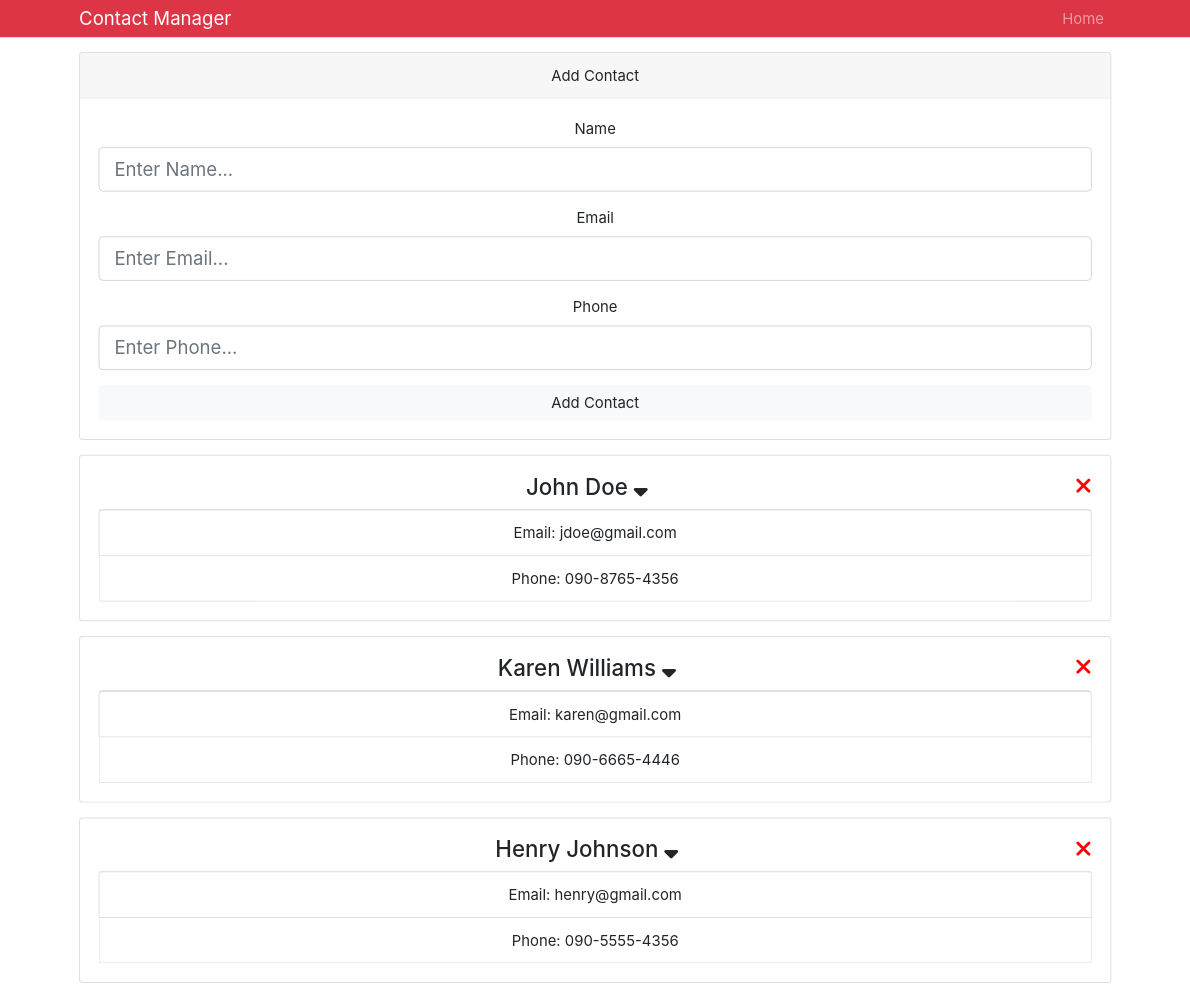
Repository: IkennaU/contactmanager
Page: /about
An editor plug-in stored every save of this project. The page is shown before and after the next save, followed by the edit.
The browser window is 1280 px wide. The pictures show the whole page, at 93% of full size.
Some web libraries are served in a nearby version. The project was rebuilt for these pictures with package versions that can differ from the ones it lists, and the page was loaded fresh each time.

Above is the page before, as saved 2020-07-22 12:27:42.

### public/index.html
<!DOCTYPE html>
<html lang="en">
  <head>
    <meta charset="utf-8" />
    <link rel="icon" href="%PUBLIC_URL%/favicon.ico" />
    <meta name="viewport" content="width=device-width, initial-scale=1" />
    <meta name="theme-color" content="#000000" />
    <meta
      name="description"
      content="Web site created using create-react-app"
    />
    <link rel="apple-touch-icon" href="%PUBLIC_URL%/logo192.png" />
    <!--
      manifest.json provides metadata used when your web app is installed on a
      user's mobile device or desktop. See https://developers.google.com/web/fundamentals/web-app-manifest/
    -->
    <link rel="manifest" href="%PUBLIC_URL%/manifest.json" />
    <!--
      Notice the use of %PUBLIC_URL% in the tags above.
      It will be replaced with the URL of the `public` folder during the build.
      Only files inside the `public` folder can be referenced from the HTML.

      Unlike "/favicon.ico" or "favicon.ico", "%PUBLIC_URL%/favicon.ico" will
      work correctly both with client-side routing and a non-root public URL.
      Learn how to configure a non-root public URL by running `npm run build`.
    -->
    <title>Contact Manager</title>
  </head>
  <body>
    <noscript>You need to enable JavaScript to run this app.</noscript>
    <div id="root"></div>
    <!--
      This HTML file is a template.
      If you open it directly in the browser, you will see an empty page.

      You can add webfonts, meta tags, or analytics to this file.
      The build step will place the bundled scripts into the <body> tag.

      To begin the development, run `npm start` or `yarn start`.
      To create a production bundle, use `npm run build` or `yarn build`.
    -->
  </body>
  <script src="https://kit.fontawesome.com/98795c63b9.js"></script>
</html>

### src/App.js
import React from "react";
import Contacts from "./components/contacts/Contacts";
import Header from "./components/layout/Header";
import AddContact from "./components/contacts/AddContact";
import "bootstrap/dist/css/bootstrap.min.css";
import { Provider } from "./context";

import "./App.css";

function App() {
  return (
    <Provider>
      <div className="App">
        <Header branding="Contact Manager" />
        <div className="container">
          <AddContact />
          <Contacts />
        </div>
      </div>
    </Provider>
  );
}

export default App;

### src/components/contacts/Contacts.js
import React, { Component } from "react";
import PropTypes from "prop-types";
import Contact from "../contacts/Contact";
import { Consumer } from "../../context";

class Contacts extends Component {
  static propTypes = {};

  render() {
    return (
      <Consumer>
        {(value) => {
          return (
            <div>
              {value.contacts.map((contact) => (
                <Contact key={contact.id} contact={contact} />
              ))}{" "}
            </div>
          );
        }}
      </Consumer>
    );
  }
}

export default Contacts;

### src/components/layout/Header.js
import React from "react";
import PropTypes from "prop-types";

function Header(props) {
  return (
    <nav className="navbar navbar-expand-sm navbar-dark bg-danger mb-3 py-0">
      <div className="container">
        <a href="/" className="navbar-brand">
          {props.branding}
        </a>
        <div>
          <ul className="navbar-nav mr-auto">
            <li className="nav-item">
              <a href="/" className="nav-link">
                Home
              </a>
            </li>
          </ul>
        </div>
      </div>
    </nav>
  );
}
Header.propTypes = { branding: PropTypes.string.isRequired };

export default Header;

### src/components/contacts/AddContact.js
import React, { Component } from "react";
import PropTypes from "prop-types";
import { Consumer } from "../../context";
import TextInputGroup from "../layout/TextInputGroup";
import { v4 as uuidv4 } from "uuid";

class AddContact extends Component {
  static propTypes = {};

  state = { name: "", email: "", phone: "" };
  onChange = (e) => this.setState({ [e.target.name]: e.target.value });
  onSubmit = (dispatch, e) => {
    e.preventDefault();

    const newContact = {
      id: uuidv4(),
      name: this.state.name,
      email: this.state.email,
      phone: this.state.phone,
    };
    dispatch({ type: "ADD_CONTACT", payload: newContact });
    this.setState({ name: "", email: "", phone: "" });
  };

  render() {
    return (
      <Consumer>
        {(value) => {
          return (
            <div className="card mb-3">
              <div className="card-header">Add Contact</div>
              <div className="card-body">
                <form onSubmit={this.onSubmit.bind(this, value.dispatch)}>
                  <div className="form-group">
                    <label htmlFor="name">Name</label>
                    <input
                      type="text"
                      name="name"
                      className="form-control form-control-lg"
                      placeholder="Enter Name..."
                      value={this.state.name}
                      onChange={this.onChange}
                    />
                  </div>
                  <div className="form-group">
                    <label htmlFor="email">Email</label>
                    <input
                      type="email"
                      name="email"
                      className="form-control form-control-lg"
                      placeholder="Enter Email..."
                      value={this.state.email}
                      onChange={this.onChange}
                    />
                  </div>
                  <div className="form-group">
                    <label htmlFor="phone">Phone</label>
                    <input
                      type="text"
                      name="phone"
                      className="form-control form-control-lg"
                      placeholder="Enter Phone..."
                      value={this.state.phone}
                      onChange={this.onChange}
                    />
                  </div>
                  <input
                    type="submit"
                    value="Add Contact"
                    className="btn btn-light btn-block"
                  />
                </form>
              </div>
            </div>
          );
        }}
      </Consumer>
    );
  }
}

export default AddContact;

### src/context.js
import React, { Component } from "react";

const Context = React.createContext();
const reducer = (state, action) => {
  switch (action.type) {
    case "DELETE_CONTACT":
      return {
        ...state,
        contacts: state.contacts.filter(
          (contact) => contact.id !== action.payload
        ),
      };
    case "ADD_CONTACT":
      return {
        ...state,
        contacts: [action.payload, ...state.contacts],
      };
    default:
      return state;
  }
};

export class Provider extends Component {
  state = {
    contacts: [
      {
        id: 1,
        name: "John Doe",
        email: "jdoe@gmail.com",
        phone: "090-8765-4356",
      },
      {
        id: 2,
        name: "Karen Williams",
        email: "karen@gmail.com",
        phone: "090-6665-4446",
      },
      {
        id: 3,
        name: "Henry Johnson",
        email: "henry@gmail.com",
        phone: "090-5555-4356",
      },
    ],
    dispatch: (action) => {
      this.setState((state) => reducer(state, action));
    },
  };
  render() {
    return (
      <Context.Provider value={this.state}>
        {this.props.children}
      </Context.Provider>
    );
  }
}
export const Consumer = Context.Consumer;

### src/components/contacts/Contact.js
import React, { Component } from "react";
import PropTypes from "prop-types";
import { Consumer } from "../../context";

class Contact extends Component {
  static propTypes = {
    contact: PropTypes.object.isRequired,
  };
  state = {
    showContactInfo: true,
  };
  onShowClick = (e) => {
    this.setState({ showContactInfo: !this.state.showContactInfo });
  };
  onDeleteClick = (id, dispatch) => {
    dispatch({ type: "DELETE_CONTACT", payload: id });
  };

  render() {
    return (
      <Consumer>
        {(value) => {
          return (
            <div className="card card-body mb-3">
              <h4>
                {this.props.contact.name}{" "}
                <i
                  onClick={this.onShowClick}
                  className="fas fa-sort-down"
                  style={{ cursor: "pointer" }}
                />
                <i
                  className="fas fa-times"
                  style={{ cursor: "pointer", float: "right", color: "red" }}
                  onClick={this.onDeleteClick.bind(
                    this,
                    this.props.contact.id,
                    value.dispatch
                  )}
                ></i>
              </h4>
              {this.state.showContactInfo ? (
                <ul className="list-group">
                  <li className="list-group-item">
                    Email: {this.props.contact.email}
                  </li>
                  <li className="list-group-item">
                    Phone: {this.props.contact.phone}
                  </li>
                </ul>
              ) : null}
            </div>
          );
        }}
      </Consumer>
    );
  }
}

export default Contact;

### src/components/layout/TextInputGroup.js
import React from "react";
import PropTypes from "prop-types";

function TextInputGroup({ label, name, value, placeholder, type, onChange }) {
  return (
    <div className="form-group">
      <label htmlFor={name}>{label}</label>
      <input
        type={type}
        name={name}
        className="form-control form-control-lg"
        placeholder={placeholder}
        value={value}
        onChange={onChange}
      />
    </div>
  );
}

TextInputGroup.propTypes = {
  label: PropTypes.string.isRequired,
  name: PropTypes.string.isRequired,
  placeholder: PropTypes.string.isRequired,
  value: PropTypes.string.isRequired,
  type: PropTypes.string.isRequired,
  onChange: PropTypes.func.isRequired,
};
TextInputGroup.defaultProp = {
  type: "text",
};

export default TextInputGroup;

Loaded but not shown: src/index.js (common file); src/serviceWorker.js (common file); src/App.css (common file)

After the next save:
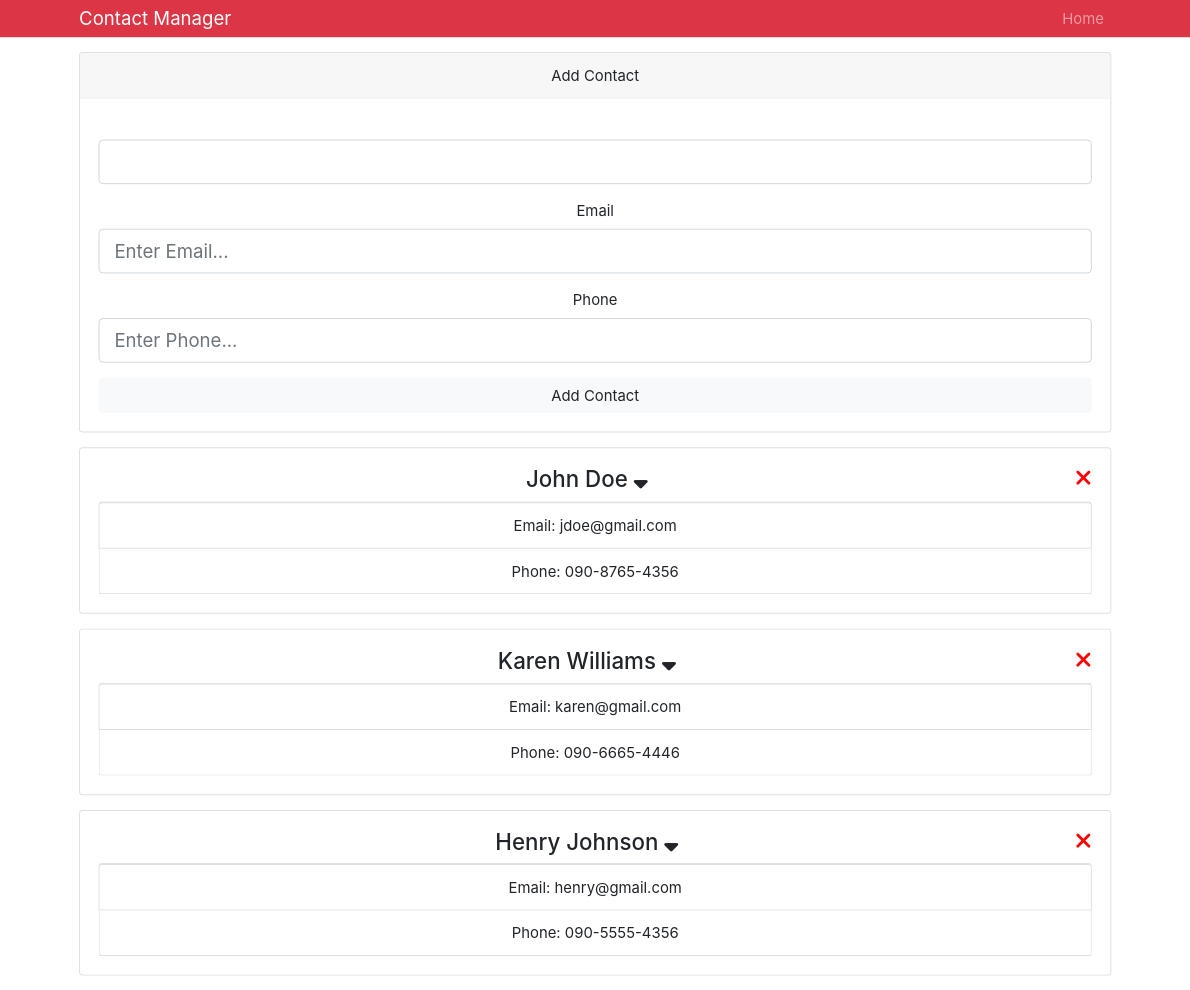
Saved 4 min 24 s later.
--- a/src/components/contacts/AddContact.js
+++ b/src/components/contacts/AddContact.js
@@ -31,17 +31,10 @@ class AddContact extends Component {
               <div className="card-header">Add Contact</div>
               <div className="card-body">
                 <form onSubmit={this.onSubmit.bind(this, value.dispatch)}>
-                  <div className="form-group">
-                    <label htmlFor="name">Name</label>
-                    <input
-                      type="text"
-                      name="name"
-                      className="form-control form-control-lg"
-                      placeholder="Enter Name..."
-                      value={this.state.name}
-                      onChange={this.onChange}
-                    />
-                  </div>
+                  <TextInputGroup>
+                    label="Name", name ="name", placeholder="Enter Name...",
+                    value = {name}, onChange = {this.onChange}
+                  </TextInputGroup>
                   <div className="form-group">
                     <label htmlFor="email">Email</label>
                     <input
